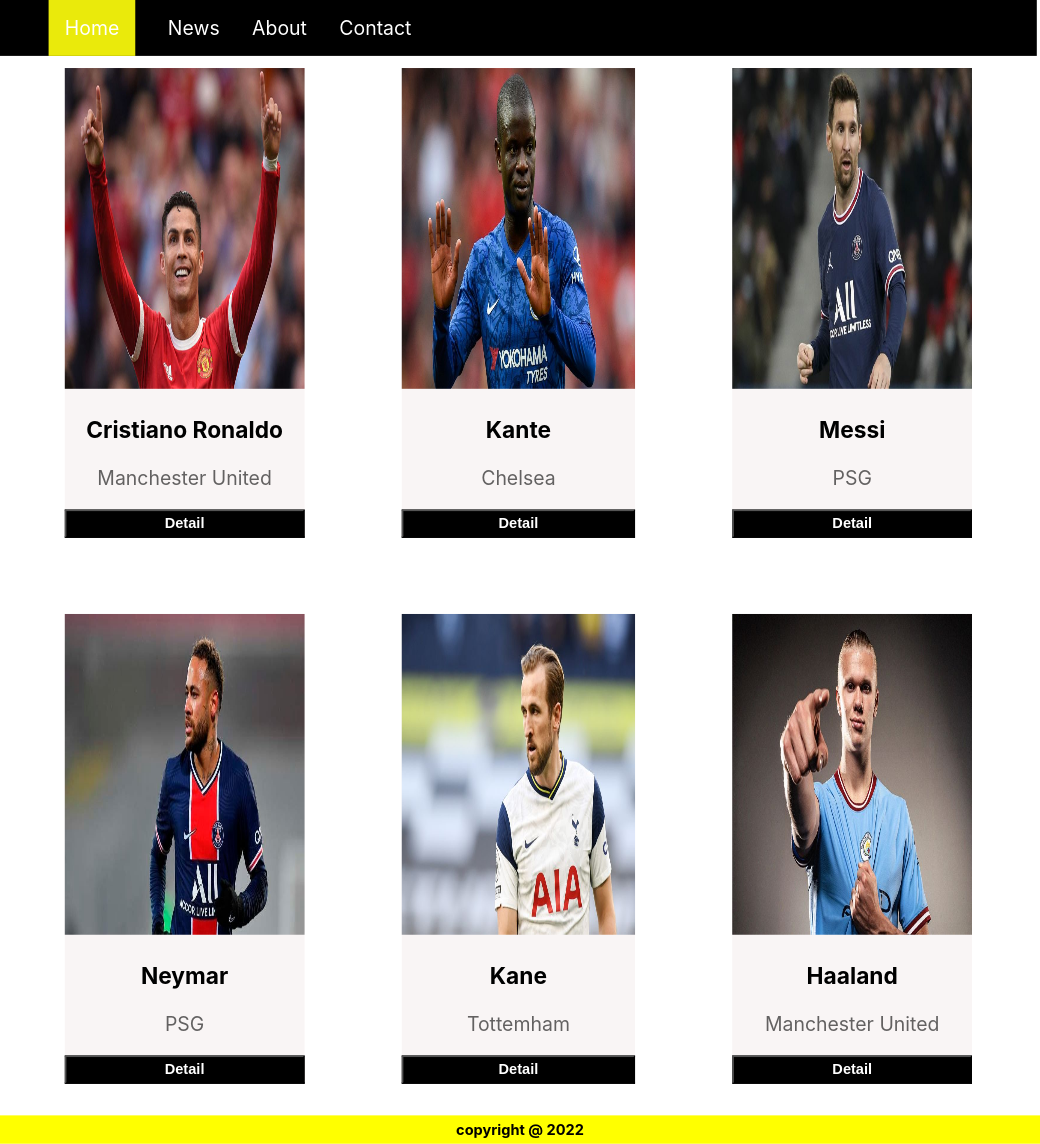
Repository: hoangdanh2/FER
Page: /
An editor plug-in stored every save of this project. The page is shown before and after the next save, followed by the edit.
The browser window is 1280 px wide. The page is 1284 px wide, so the pictures cover 1284 px, including what lies to the right of the window. The pictures show the whole page, at 81% of full size.
The project was rebuilt for these pictures with package versions that can differ from the ones it lists, and the page was loaded fresh each time.

Above is the page before, as saved 2023-06-05 14:14:36.

### src/App.js
import "./App.css";
import Navigation from "./components/Navigation";
import Player from "./components/Player";
import Footer from "./components/Footer";
function App() {
  return (
    <div className="App">
      <Navigation />
      <Player />
      <Footer />
    </div>
  );
}

export default App;

### src/App.css
.App {
  text-align: center;
}

.nav{
  text-align: left;
  background-color: #000000;
}

.nav-bar {
  display: flex;
  flex-direction: row;
  justify-content: left;
  margin-top: 0px;
  margin-bottom: 0px;
  padding-right: 20px;

}
.active{
  padding: 20px;
  width: 144px;
  background-color: rgb(234, 234, 11);
}

.nav-bar li{
  padding: 20px;
  list-style: none;
  text-decoration: none;
  font-size: x-large;
}
.nav-bar li:hover{
  background-color: rgb(234, 234, 11);
}

.nav-bar a{
  text-decoration: none;
  color: white;
}

/* .wrapp {
  display: flex;
  justify-content: space-between;
}

.nav-bar2 {
  padding: 20px 50px;
}

.switch-mode {
  text-decoration: none;
  font-size: large;
  font-weight: 600;
  letter-spacing: 3px;
} */
.container{
  display: grid;
  gap: 50px 100px;
  grid-template-columns: auto auto auto;
  justify-content: space-between;
  padding: 5px 70px;
  font-size: x-large;
}

.column img{
  width: 100%;
  height: 396px;
}

.column{
  padding: 10px;
}

.title{
  opacity: 0.6;
}
.card{
  background-color: rgb(249, 245, 245);
}

.column button{
  width: 100%;
  background-color: #000000;
  color: white;
  padding: 5px 0;
  font-size: large;
  font-weight: 600;
  cursor: pointer;
}

.column a{
  text-decoration: none;
  color: #fff;
  font-weight: 600;
}

.foot{
  width: 100%;
  background-color: yellow;
  padding: 2px;
  font-size: x-large;
  line-height: 0.5;
}

.foot h6{
  margin: 6px;
  font-size: large;
  padding: 5px 0;
}

/* .overlay {
  position: fixed;
  top: 0;
  bottom: 0;
  left: 0;
  right: 0;
  background: rgba(0, 0, 0, 0.7);
  transition: opacity 500ms;
  visibility: hidden;
  opacity: 0;
}
.overlay:target {
  visibility: visible;
  opacity: 1;
}
.popup {
  margin: 70px auto;
  padding: 5px;
  background: #fff;
  border-radius: 5px;
  width: 30%;
  position: relative;
  transition: all 5s ease-in-out;
}
.popup img{ width: 100%;}
.popup h2 {
  margin-top: 0;
  color: #333;
  font-family: Tahoma, Arial, sans-serif;
}
.popup .close {
  position: absolute;
  top: 20px;
  right: 30px;
  transition: all 200ms;
  font-size: 30px;
  font-weight: bold;
  text-decoration: none;
  color: #333;
}
.popup .close:hover {color: #06D85F;}
.popup .content {
  max-height: 30%;
  overflow: auto;
} */

### src/components/Navigation.js
import React, { Component } from "react";
export default class Navigation extends Component {
    render() {
        return (
            <div className="nav">
                <nav>
                    <ul className="nav-bar">
                        <li><a className="active" href="#home">Home</a></li>
                        <li><a href="#news">News</a></li>
                        <li><a href="#about">About</a></li>
                        <li><a href="#contact">Contact</a></li>
                    </ul>
                </nav>
            </div>
        )
    }
}

### src/components/Player.js
import React, { Component } from "react";
export default class player extends Component {
    render() {
        return (
            <div className="container">
                <div className="column">
                    <div className="card">
                        <img src="assets/images/cr.jpg" alt=""/>
                        <h3>Cristiano Ronaldo</h3>
                        <p className="title">Manchester United</p>
                        <p><button>Detail</button></p>
                    </div>
                </div>
                <div className="column">
                    <div className="card">
                        <img src="assets/images/kante.jpg" alt=""/>
                        <h3>Kante</h3>
                        <p className="title">Chelsea</p>
                        <p><button>Detail</button></p>
                    </div>
                </div>
                <div className="column">
                    <div className="card">
                        <img src="assets/images/messi.jpg" alt=""/>
                        <h3>Messi</h3>
                        <p className="title">PSG</p>
                        <p><button>Detail</button></p>
                    </div>
                </div>
                <div className="column">
                    <div className="card">
                        <img src="assets/images/neymar.jpg" alt=""/>
                        <h3>Neymar</h3>
                        <p className="title">PSG</p>
                        <p><button>Detail</button></p>
                    </div>
                </div>
                <div className="column">
                    <div className="card">
                        <img src="assets/images/kane.jpg" alt=""/>
                        <h3>Kane</h3>
                        <p className="title">Tottemham</p>
                        <p><button>Detail</button></p>
                    </div>
                </div>
                <div className="column">
                    <div className="card">
                        <img src="assets/images/haaland.jpg" alt=""/>
                        <h3>Haaland</h3>
                        <p className="title">Manchester United</p>
                        <p><button>Detail</button></p>
                    </div>
                </div>
            </div>
        )
    }
}

### src/components/Footer.js
import React, { Component } from "react";
export default class Navigation extends Component{
    render(){
        return(
            <div class='foot'>
                <nav >
                    <h6>copyright @ 2022</h6>
                </nav>
            </div>
        )
    }
}

Loaded but not shown: public/index.html (common file); src/index.js (common file); src/index.css (common file); src/reportWebVitals.js (common file)

After the next save:
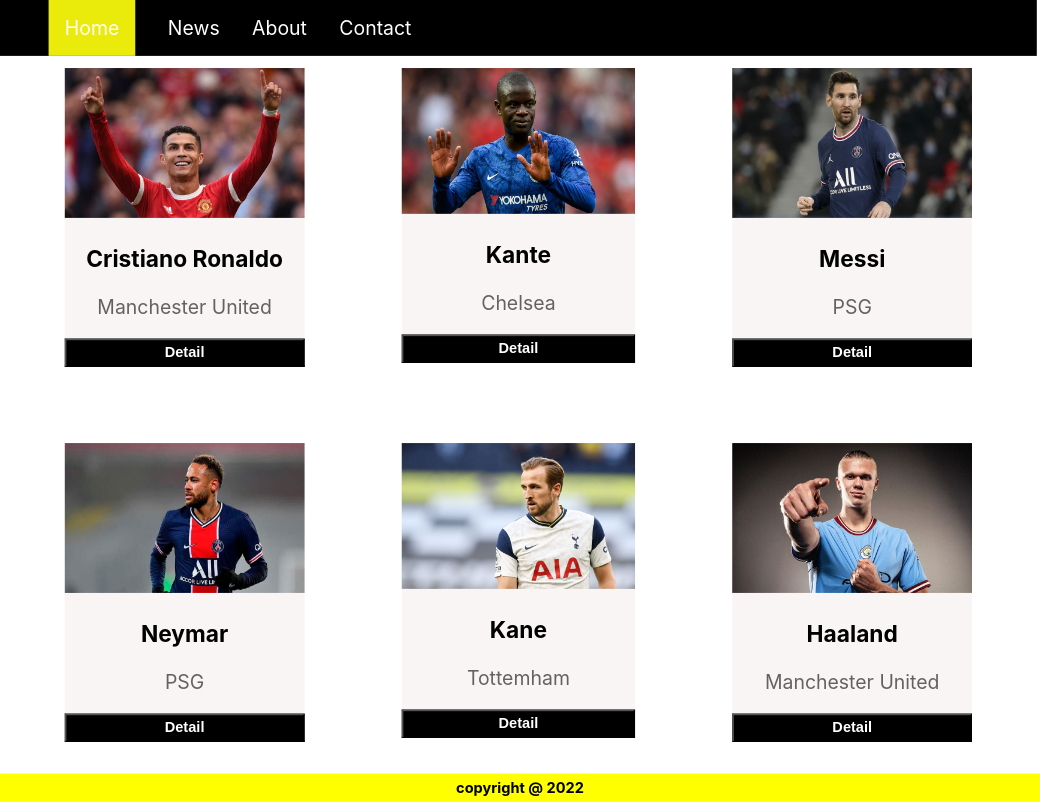
Saved 2 min 51 s later.
--- a/src/App.css
+++ b/src/App.css
@@ -63,7 +63,7 @@
 
 .column img{
   width: 100%;
-  height: 396px;
+  /* height: 396px; */
 }
 
 .column{
